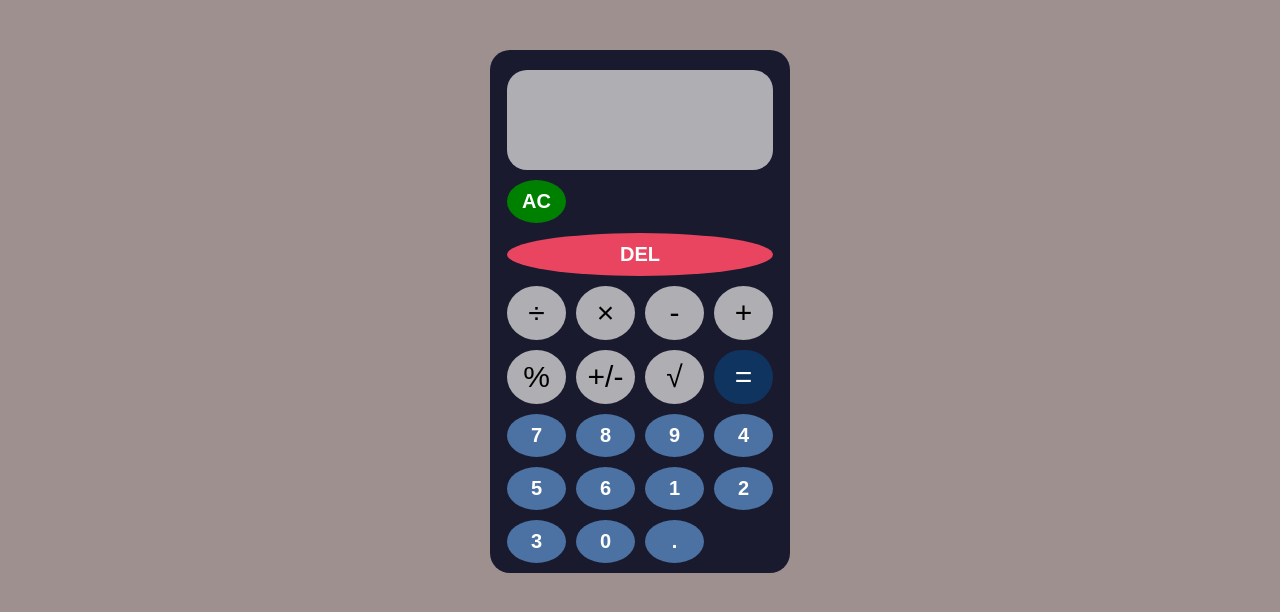
Repository: MikkyPrestige/js-calculator
Page: index.html
The author's editor kept a copy of each file at every save. The page is drawn from the files as they stood at one save, then again after the next save.
The browser window is 1280 px wide. The pictures show the whole page.

Above is the page before, as saved 2023-05-08 01:34:42.

### index.html
<!DOCTYPE html>
<html lang="en">

<head>
  <meta charset="UTF-8">
  <meta http-equiv="X-UA-Compatible" content="IE=edge">
  <meta name="viewport" content="width=device-width, initial-scale=1.0">
  <title>JavaScript Calculator</title>
  <link rel="stylesheet" href="./index.css">
  <!-- <script src="script.js" defer></script> -->
</head>

<body>
  <main>
    <section class="calculator">
      <div class="output">
        <div class="output--curr"></div>
        <div class="output--prev"></div>
      </div>
      <div class="btns">
        <button class="btn clear">AC</button>
        <button class="btn del">DEL</button>
        <button class="btn op divide">÷</button>
        <button class="btn op multiply">×</button>
        <button class="btn op minus">-</button>
        <button class="btn op plus">+</button>
        <button class="btn op mod">%</button>
        <button class="btn op ">+/-</button>
        <button class="btn op square">√</button>
        <button class="btn equalTo">=</button>
        <button class="btn num seven">7</button>
        <button class="btn num eight">8</button>
        <button class="btn num nine">9</button>
        <button class="btn num four">4</button>
        <button class="btn num five">5</button>
        <button class="btn num six">6</button>
        <button class="btn num one">1</button>
        <button class="btn num two">2</button>
        <button class="btn num three">3</button>
        <button class="btn num zero">0</button>
        <button class="btn num dot">.</button>
      </div>
    </section>
  </main>
</body>

</html>

### index.css
*,
*::before,
*::after {
  box-sizing: border-box;
  margin: 0;
  padding: 0;
}

html {
  font-size: 62.5%;
}

body {
  font-family: 'Inter', sans-serif;
  font-size: 1.6rem;
  font-weight: 400;
  line-height: 1.5;
  background: #9F9090;
  min-height: 100%;
  width: 100%;
}

main {
  background: rgba(26, 26, 46, 1);
  width: 100%;
  max-width: 30rem;
  height: 100%;
  margin: 5rem auto;
  padding: 1rem;
  border-radius: 2rem;
  -webkit-border-radius: 2rem;
  -moz-border-radius: 2rem;
  -ms-border-radius: 2rem;
  -o-border-radius: 2rem;
}

.calculator {
  display: flex;
  flex-direction: column;
  justify-content: space-between;
  align-items: center;
  width: 100%;
  height: 100%;
}

.output {
  background: #AFAFB3;
  width: 95%;
  height: 10rem;
  border-radius: 2rem;
  -webkit-border-radius: 2rem;
  -moz-border-radius: 2rem;
  -ms-border-radius: 2rem;
  -o-border-radius: 2rem;
  display: flex;
  flex-direction: column;
  justify-content: space-around;
  align-items: flex-end;
  padding: 1rem;
  margin: 1rem 0;
}

.output--curr {
  font-size: 2.5rem;
  font-weight: 700;
  color: #000;
  border-bottom: 0.2rem solid rgba(0, 0, 0, 0.2);
  padding-bottom: .5rem;
}

.output--prev {
  font-size: 1.5rem;
  font-weight: 400;
  color: rgba(0, 0, 0, 0.5);
}

.btns {
  display: grid;
  grid-template-columns: repeat(4, 1fr);
  grid-gap: 1rem;
  width: 95%;
  height: 100%;
}

.btn {
  border-radius: 50%;
  -webkit-border-radius: 50%;
  -moz-border-radius: 50%;
  -ms-border-radius: 50%;
  -o-border-radius: 50%;
  border: none;
  outline: none;
  font-size: 2rem;
  font-weight: 700;
  padding: 1rem;
  color: #FFFFFF;
  cursor: pointer;
  transition: all 0.2s ease-in-out;
  -webkit-transition: all 0.2s ease-in-out;
  -moz-transition: all 0.2s ease-in-out;
  -ms-transition: all 0.2s ease-in-out;
  -o-transition: all 0.2s ease-in-out;
}

.clear {
  background: #008000;
}

.del {
  background: #E94560;
  grid-column: 1 / -1;
}

.op {
  background: rgba(217, 217, 217, 0.78);
  color: #000;
  font-size: 3rem;
  font-weight: 300;
}

.num {
  background: #4B72A2;
}

.equalTo {
  background: #0F3460;
  font-size: 3rem;
  font-weight: 300;
  border-radius: 3rem;
  -webkit-border-radius: 3rem;
  -moz-border-radius: 3rem;
  -ms-border-radius: 3rem;
  -o-border-radius: 3rem;
}

After the next save:
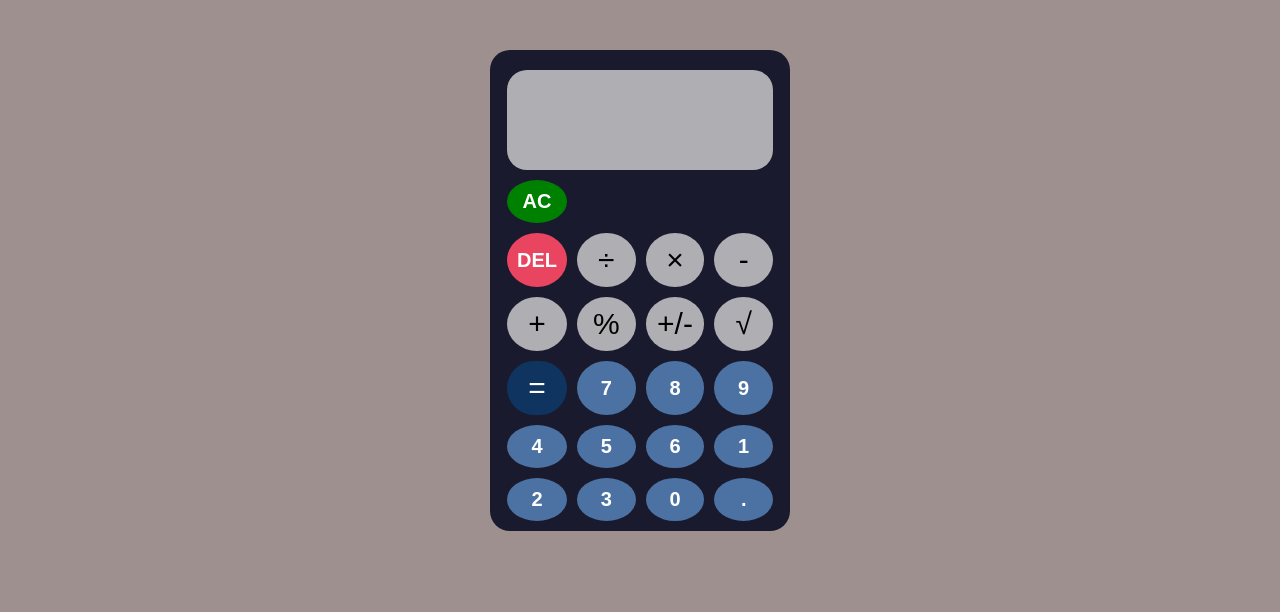
Saved 7 s later.
--- a/index.css
+++ b/index.css
@@ -108,7 +108,7 @@ main {
 
 .del {
   background: #E94560;
-  grid-column: 1 / -1;
+  grid-column: 1 / 1;
 }
 
 .op {
